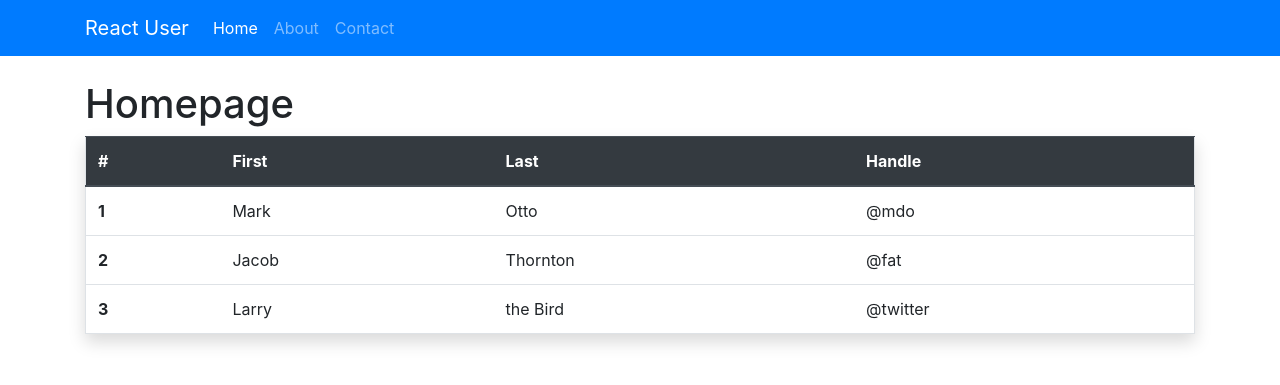
Repository: hardik2626/reactcrud2020
Page: /
The author's editor kept a copy of each file at every save. The page is drawn from the files as they stood at one save, then again after the next save.
The browser window is 1280 px wide. The pictures show the whole page.
The project was rebuilt for these pictures with package versions that can differ from the ones it lists, and the page was loaded fresh each time. Also part of the build but not shown: src/index.css, src/App.css, src/component/pages/About.js, src/component/pages/Contact.js, src/component/pages/Notfound.js.

Above is the page before, as saved 2020-10-28 18:52:00.

After the next save:
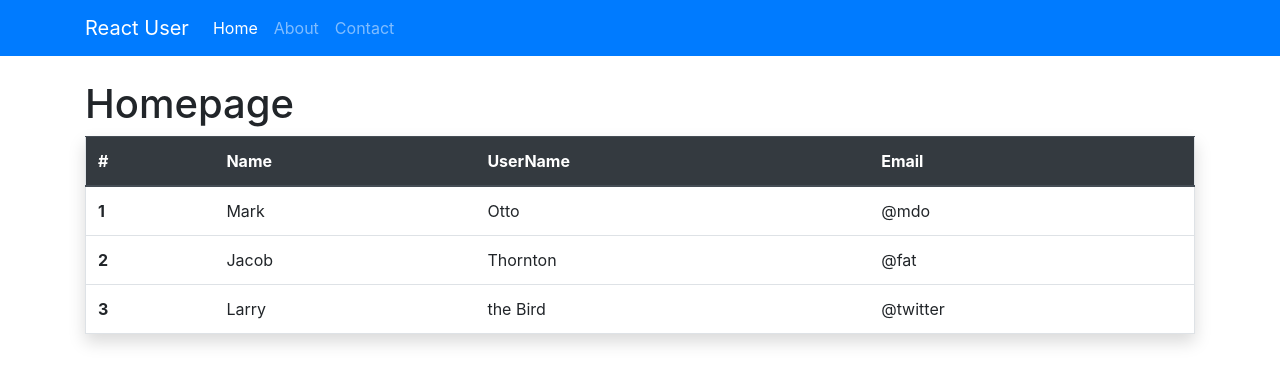
Saved 23 s later.
--- a/src/component/pages/Home.js
+++ b/src/component/pages/Home.js
@@ -22,9 +22,9 @@ const Home = () => {
                         <thead class="thead-dark">
                             <tr>
                             <th scope="col">#</th>
-                            <th scope="col">First</th>
-                            <th scope="col">Last</th>
-                            <th scope="col">Handle</th>
+                            <th scope="col">Name</th>
+                            <th scope="col">UserName</th>
+                            <th scope="col">Email</th>
                             </tr>
                         </thead>
                         <tbody>
